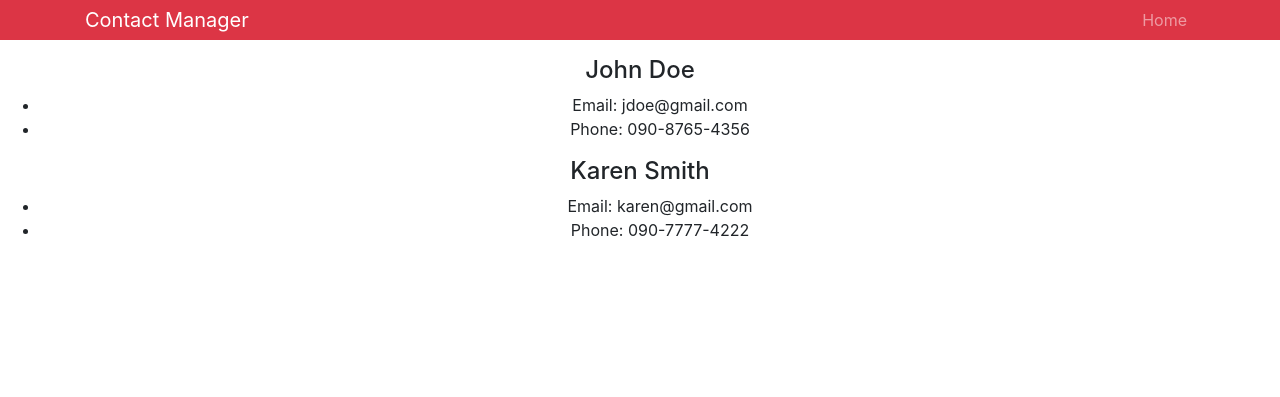
Repository: IkennaU/contactmanager
Page: /
These files come from the project's save history. The page is drawn as it stood at one moment and after the next save; the edit follows.
The browser window is 1280 px wide. The pictures show the whole page.
The project was rebuilt for these pictures with package versions that can differ from the ones it lists, and the page was loaded fresh each time.

Above is the page before, as saved 2020-07-20 14:43:35.

### public/index.html
<!DOCTYPE html>
<html lang="en">
  <head>
    <meta charset="utf-8" />
    <link rel="icon" href="%PUBLIC_URL%/favicon.ico" />
    <meta name="viewport" content="width=device-width, initial-scale=1" />
    <meta name="theme-color" content="#000000" />
    <meta
      name="description"
      content="Web site created using create-react-app"
    />
    <link rel="apple-touch-icon" href="%PUBLIC_URL%/logo192.png" />
    <!--
      manifest.json provides metadata used when your web app is installed on a
      user's mobile device or desktop. See https://developers.google.com/web/fundamentals/web-app-manifest/
    -->
    <link rel="manifest" href="%PUBLIC_URL%/manifest.json" />
    <!--
      Notice the use of %PUBLIC_URL% in the tags above.
      It will be replaced with the URL of the `public` folder during the build.
      Only files inside the `public` folder can be referenced from the HTML.

      Unlike "/favicon.ico" or "favicon.ico", "%PUBLIC_URL%/favicon.ico" will
      work correctly both with client-side routing and a non-root public URL.
      Learn how to configure a non-root public URL by running `npm run build`.
    -->
    <title>Contact Manager</title>
  </head>
  <body>
    <noscript>You need to enable JavaScript to run this app.</noscript>
    <div id="root"></div>
    <!--
      This HTML file is a template.
      If you open it directly in the browser, you will see an empty page.

      You can add webfonts, meta tags, or analytics to this file.
      The build step will place the bundled scripts into the <body> tag.

      To begin the development, run `npm start` or `yarn start`.
      To create a production bundle, use `npm run build` or `yarn build`.
    -->
  </body>
</html>

### src/App.js
import React from "react";
import Contact from "./components/Contact";
import Header from "./components/Header";
import "bootstrap/dist/css/bootstrap.min.css";

import "./App.css";

function App() {
  return (
    <div className="App">
      <Header branding="Contact Manager" />
      <Contact name="John Doe" email="jdoe@gmail.com" phone="090-8765-4356" />
      <Contact
        name="Karen Smith"
        email="karen@gmail.com"
        phone="090-7777-4222"
      />
    </div>
  );
}

export default App;

### src/components/Contact.js
import React, { Component } from "react";
import PropTypes from "prop-types";

class Contact extends Component {
  static propTypes = {
    name: PropTypes.string.isRequired,
    email: PropTypes.string.isRequired,
    phone: PropTypes.string.isRequired,
  };

  render() {
    return (
      <div>
        <h4>{this.props.name}</h4>
        <ul>
          <li>Email: {this.props.email}</li>
          <li>Phone: {this.props.phone}</li>
        </ul>
      </div>
    );
  }
}

export default Contact;

### src/components/Header.js
import React from "react";
import PropTypes from "prop-types";

function Header(props) {
  return (
    <nav className="navbar navbar-expand-sm navbar-dark bg-danger mb-3 py-0">
      <div className="container">
        <a href="/" className="navbar-brand">
          {props.branding}
        </a>
        <div>
          <ul className="navbar-nav mr-auto">
            <li className="nav-item">
              <a href="/" className="nav-link">
                Home
              </a>
            </li>
          </ul>
        </div>
      </div>
    </nav>
  );
}
Header.propTypes = { branding: PropTypes.string.isRequired };

export default Header;

Loaded but not shown: src/index.js (common file); src/serviceWorker.js (common file); src/App.css (common file)

After the next save:
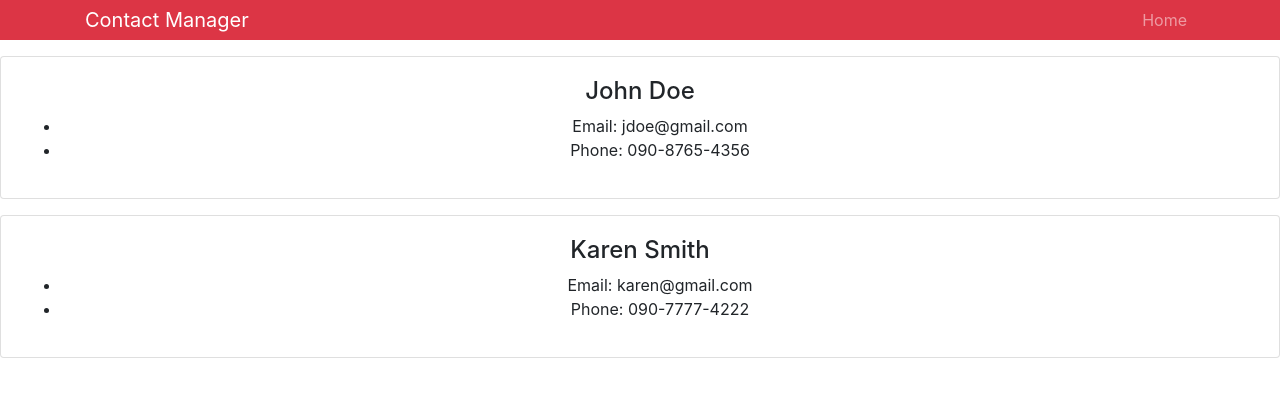
Saved 4 min 31 s later.
--- a/src/components/Contact.js
+++ b/src/components/Contact.js
@@ -10,7 +10,7 @@ class Contact extends Component {
 
   render() {
     return (
-      <div>
+      <div className="card card-body mb-3">
         <h4>{this.props.name}</h4>
         <ul>
           <li>Email: {this.props.email}</li>
